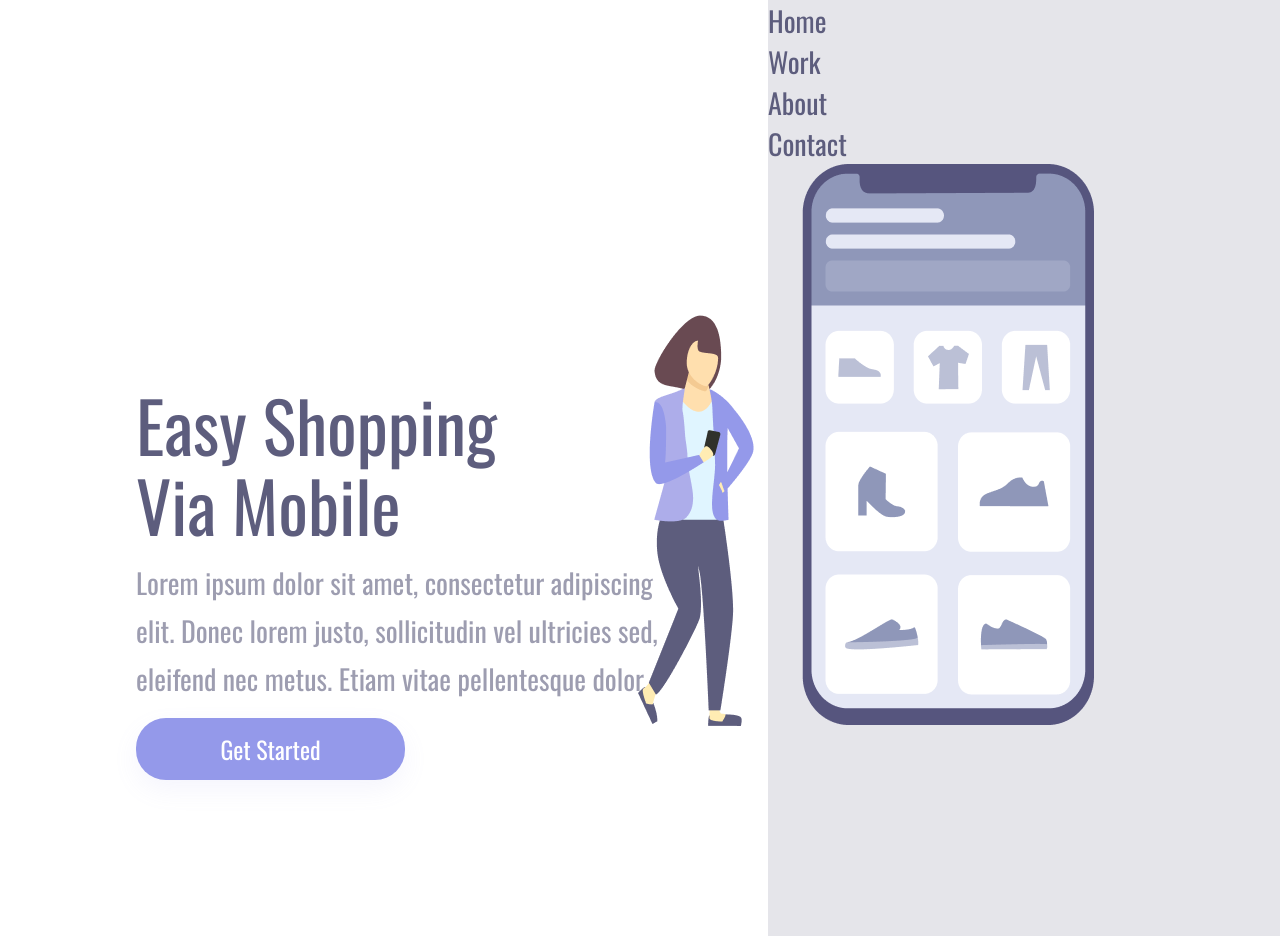
Repository: Leo-Marques-882/Projeto-Git-2
Page: index.html
The author's editor kept a copy of each file at every save. The page is drawn from the files as they stood at one save, then again after the next save.
The browser window is 1280 px wide. The pictures show the whole page.

Above is the page before, as saved 2023-03-07 00:07:28.

After the next save:
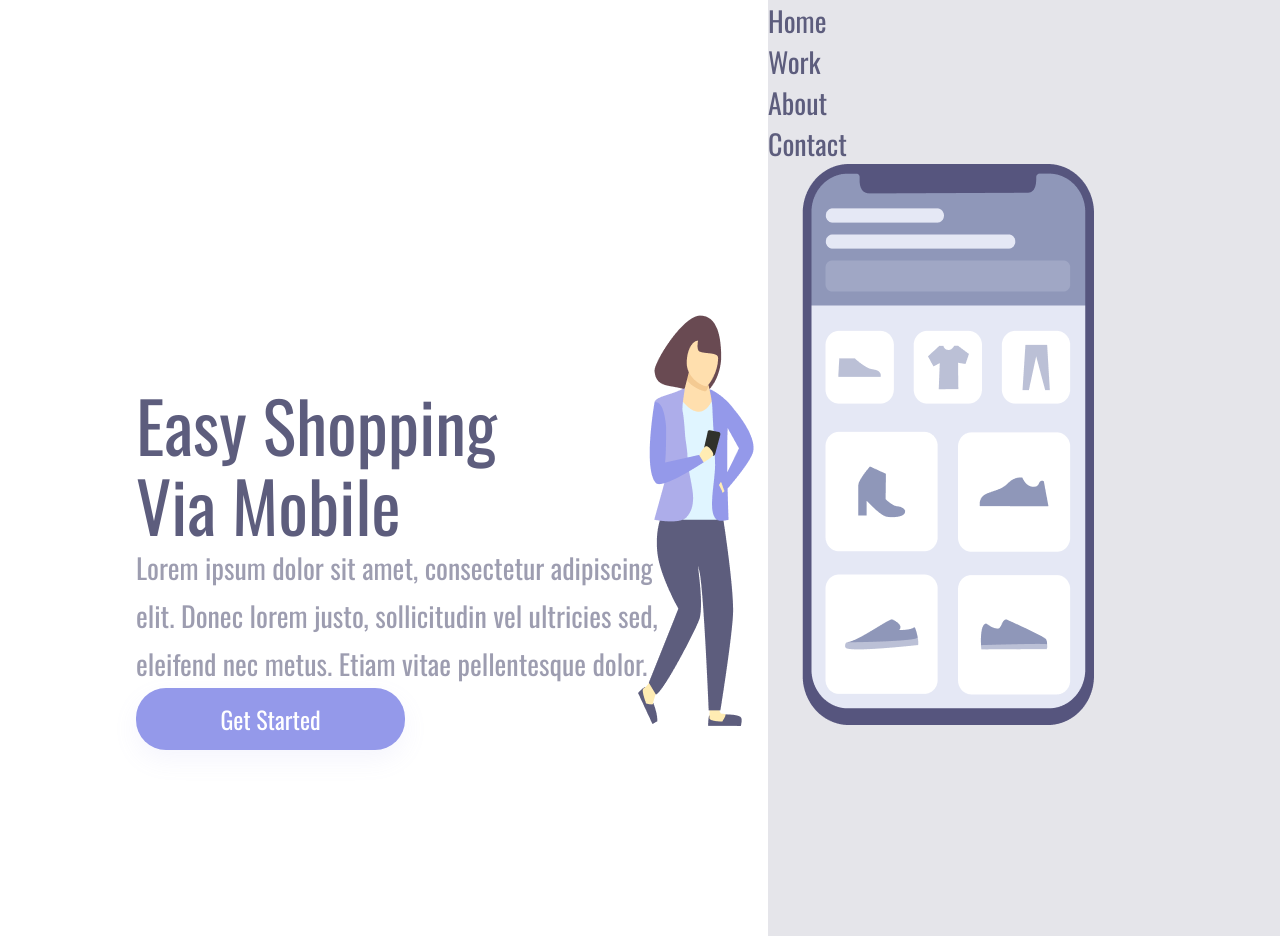
Saved 74 s later.
--- a/styless.css
+++ b/styless.css
@@ -32,7 +32,7 @@
     line-height: 48px;
     color: #5D5D7D;
     opacity: 0.6;
-    margin: 15px 0;
+    margin: 15px -117;
     width: 540px;
 }
 
